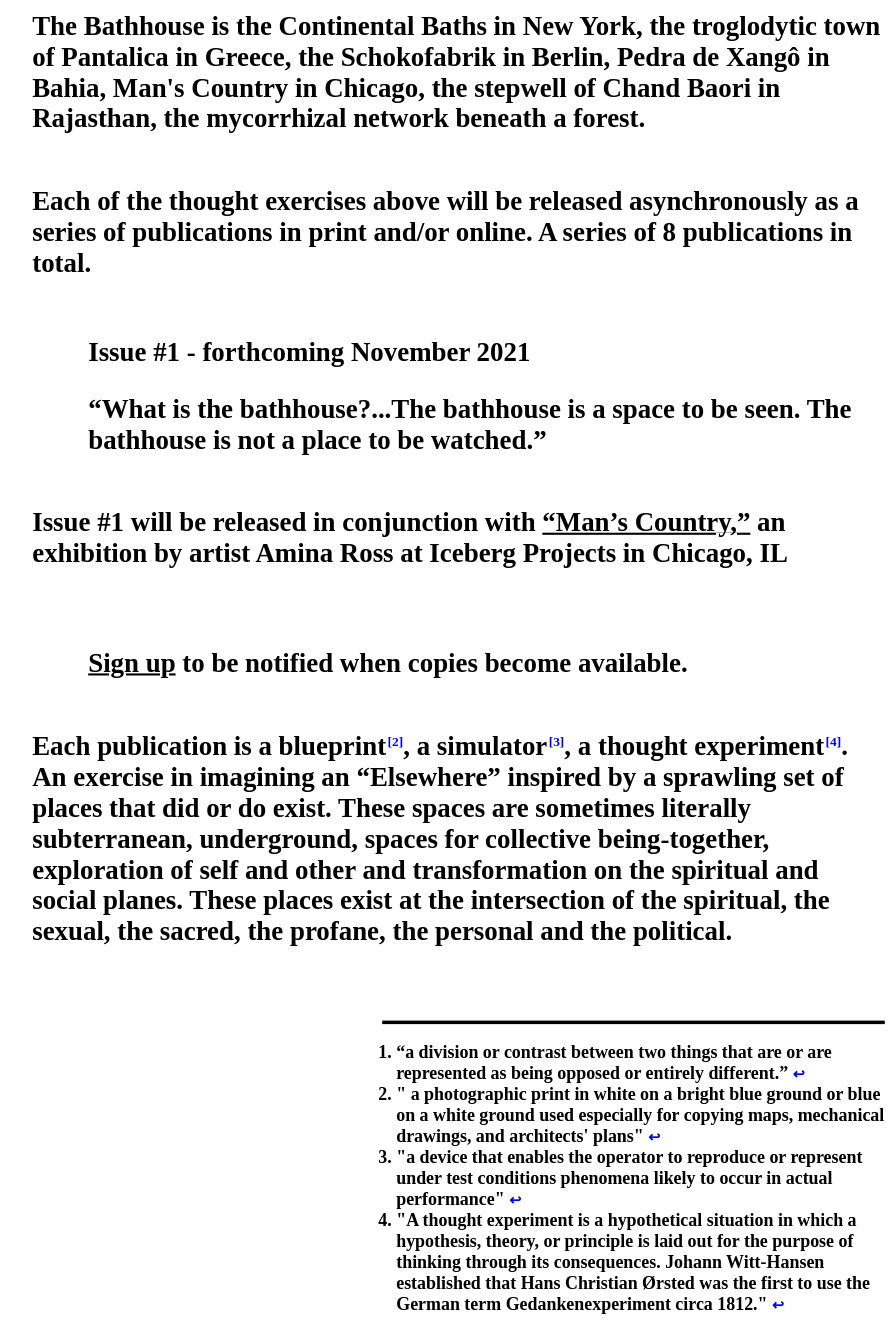
Repository: ayoungblood2/bathhouse.online
Page: index.html
The author's editor kept a copy of each file at every save. The page is drawn from the files as they stood at one save, then again after the next save.
The browser window is 1280 px wide. The pictures show the part of the page from y = 2570 to 4490 px (the page is 4490 px tall before and 4370 px after), at 70% of full size.
An inner scrolling area shows only its first screen. Backgrounds fixed to the window are drawn as part of the page. Some web fonts or font styles are not loaded; a fallback is used.

Above is the page before, as saved 2021-10-16 18:45:16.
Not found: js/layout_main.js
Not found: js/three_main.js
Not found: style.css

### index.html
<!DOCTYPE html>
<html>

<head>
    <meta charset="UTF-8">
    <meta name="viewport" content="width=device-width, initial-scale=1.0, maximum-scale=1.0, user-scalable=no" />
    <title>bathhouse.online</title>
    <link rel="apple-touch-icon" sizes="180x180" href="/apple-touch-icon.png">
    <link rel="icon" type="image/png" sizes="32x32" href="/favicon-32x32.png">
    <link rel="icon" type="image/png" sizes="16x16" href="/favicon-16x16.png">
    <link rel="manifest" href="/site.webmanifest">
    <link rel="stylesheet" href="style.css">
    <script src="http://code.jquery.com/jquery-1.12.0.min.js"></script>
    <link rel='dns-prefetch' href='//ajax.googleapis.com' />
    <meta name="keywords" content="Amina Ross, Avery Youngblood">
    <meta name="author" content="Avery Youngblood">
    <script type="text/javascript" src="./js/layout_main.js"></script>
    <script type="text/javascript" src="./js/three_main.js"></script>

    <style>
        @font-face {
            font-family: Avenir Next Heavy;
            src: url(fonts/AvenirNext.ttc);
        }

        body,
        html {
            height: 100%;
            width: 100%;
            margin: 0;
            padding: 0;
            overflow-x: hidden;
        }

        *,
        *:before,
        *:after {
            box-sizing: inherit;
        }

        .bg {

            background-image: url('images/20211010224425098.gif');


            /* Full height */
            height: 100%;

            /* Center and scale the image nicely */
            background-position: center;
            background-repeat: no-repeat;
            background-size: cover;
            position: relative;
            top: 0;
            left: 0;

            /* padding: 100px; */

            font-family: "Avenir Next Heavy";

        }




        .txt {
            position: absolute;
            top: 10px;
            left: 30px;
            font-family: "Avenir Next Heavy";
        }

        h1 {
            font-size: 10vw;
            text-align: center;
        }

        p {
            font-size: 3vw;
        }

        .parallax {
            /* The image used */
            background-image: url('images/20211010224425098.gif');

            /* Full height */
            height: 100%;

            /* Create the parallax scrolling effect */
            background-attachment: fixed;
            background-position: center;
            background-repeat: no-repeat;
            background-size: cover;
        }

        .container {
            padding: 10px;
            width: 2em;
        }

        .item {
            width: 50%;
            width: fit-content;
            padding: 5px;
            /* margin-bottom: 1em; */
        }


        @media only screen and (max-width:900px) {
            h1 {
                font-size: 8vw;
                font-family: "Avenir Next Heavy";

            }

            .bg {
                /* padding: 0px; */

            }

            .txt{
                top: 0;
                left: 0;
            }

            p {
                font-size: 8vw;
                font-family: "Avenir Next Heavy";

            }
        }

        .top {
            /* padding: 1em; */
            /* display: grid; */
            /* grid-gap: 3em; */
            grid-template-columns: repeat(1, 250px);
        }

        .quote {
            padding: 1em;
            /* border-radius: .3em; */
            /* box-shadow: 10px 10px 30px rgba(0, 0, 0, 0.1); */
        }

        p {
            margin-top: 0;
            /* margin-right: 20px; */
            font-size: 3vw;
        }

        span {
            font-weight: bold;
            position: relative;
            /* margin-left: 20px; */
        }

        :before {
            content: '';
            position: fixed;
            height: 1px;
            width: 20px;
            /* border-bottom: 1px solid black; */
            top: 20px;
        }




        @media(min-width:950px) {
            .top {
                grid-template-columns: repeat(2, 250fr);
                font-family: "Avenir Next Heavy";
            }
        }

        .tab {
            margin-left: 80px;
        }



        footer {
            margin-top: 50px;
            border-top: 5px solid black;
            font-size: 2vw;
            font-family: "Avenir Next Heavy";
            margin-left: 500px;
        }

        footer ol {
            padding-left: 20px;
        }

        /**
 * Initialiazing a `footnotes` counter on the wrapper
 */
        article {
            counter-reset: footnotes;
            font-family: "Avenir Next Heavy";
        }

        /**
 * Inline footnotes references
 * 1. Increment the counter at each new reference
 * 2. Reset link styles to make it appear like regular text
 */
        [aria-describedby="footnote-label"] {
            counter-increment: footnotes;
            /* 1 */
            text-decoration: none;
            /* 2 */
            color: inherit;
            /* 2 */
            cursor: default;
            /* 2 */
            outline: none;
            /* 2 */
        }

        /**
 * Actual numbered references
 * 1. Display the current state of the counter (e.g. `[1]`)
 * 2. Align text as superscript
 * 3. Make the number smaller (since it's superscript)
 * 4. Slightly offset the number from the text
 * 5. Reset link styles on the number to show it's usable
 */
        [aria-describedby="footnote-label"]::after {
            content: '['counter(footnotes)']';
            /* 1 */
            vertical-align: super;
            /* 2 */
            font-size: 0.5em;
            /* 3 */
            margin-left: 2px;
            /* 4 */
            color: blue;
            /* 5 */
            /* text-decoration: underline; */
            /* 5 */
            cursor: pointer;
            /* 5 */
        }

        /**
 * Resetting the default focused styles on the number
 */
        [aria-describedby="footnote-label"]:focus::after {
            outline: thin dotted;
            outline-offset: 2px;
        }

        [aria-label="Back to content"] {
            font-size: 0.8em;
        }

        /**
 * Highlight target note
 */
        footer :target {
            background: yellow;
            padding: 1.5%;
            background-clip: border-box;
        }

        /**
 * Visually hidden yet accessible content
 */
        .visually-hidden {
            position: absolute;
            clip: rect(0 0 0 0);
            visibility: hidden;
            opacity: 0;
        }
    </style>

<body>


    <div class="parallax"></div>

    <div class="bg"></div>

    <div class="txt">

        <h1>bathhouse.online</h1>

        <span style="font-family: Avenir Next Heavy">

            <div class="top">
                <div class="quote">
                    <article>
                        <p style="font-size: 5vw;">

                            The bathhouse is safe. <br>The bathhouse is not secure.<br><br>
                            The bathhouse is a space to be seen. <br>The bathhouse is not a place to be watched.<br><br>
                            The bathhouse is sensual. <br>The bathhouse is not unspiritual.<br><br>
                            The bathhouse is a space for meaningful work. <br>The bathhouse is not a workplace.<br><br>
                            The bathhouse is a technology. <br>The bathhouse is not a machine.<br><br>
                            The bathhouse is immersive. <br>The bathhouse is not without a body.<br><br>
                            The bathhouse is sweating. <br>The bathhouse is not drained.<br><br>
                            The bathhouse is gone. <br>The bathhouse is not over.<br>
                        </p>

                        <br>

                        <p>
                            “The Bathhouse” is a yet-to-exist space, generated through a set of (false) <a
                                href="#footnotes" aria-describedby="footnote-label" id="footnotes-ref">dichotomies</a>
        </span>,
        core questions, reflections and exercises. The characteristics of The Bathhouse are drawn from
        the
        "Queer/Bath/House Research Project" - A research project conceived of by <a style="color: black; "
            href=aminaross.com>Amina
            Ross</a>, carried forward with artist and summer research assistant <a style="color: black; "
            href=https://nguyenbao.myportfolio.com>
            Bao Nguyen</a>. "Queer/Bath/House Research Project" took place during the
        height of the covid-19 pandemic in the summer of 2020.

        </p>
        <br> <br>
        <p>
            The Bathhouse is the Continental Baths in New York, the troglodytic town of Pantalica in Greece,
            the
            Schokofabrik in Berlin, Pedra de Xangô in Bahia, Man's Country in Chicago, the stepwell of Chand
            Baori in Rajasthan, the mycorrhizal network beneath a forest.


        </p>
        <br> <br>
        <p>
            Each of the thought exercises above will be released asynchronously as a series of publications
            in
            print and/or online. A series of 8 publications in total.<br><br>
        <p class="tab">Issue #1 - forthcoming November 2021</p>
        <p class="tab">“What is the bathhouse?...The bathhouse is a space to be seen. The bathhouse is not a
            place to be
            watched.”</p>
        </p>
        <br> <br>
        <p>
            Issue #1 will be released in conjunction with <a style="color: black;"
                href=https://icebergchicago.com>“Man’s
                Country,”</a> an exhibition by artist Amina Ross at Iceberg Projects in Chicago, IL
        </p>
        <br> <br>
        <p>

        <p class="tab"><a style="color: black;" href=https://forms.gle/NMAofWzGxNe4W74i9>Sign up</a> to be notified when
            copies become
            available.</p>

        </p>
        <br> <br>
        <p>
            Each publication is a <a href="#css" aria-describedby="footnote-label" id="css-ref">blueprint</a></span>, a
            <a href="#css-counters" aria-describedby="footnote-label" id="css-counters-ref">simulator</a></span>, a
            thought <a href="#css-counters-2" aria-describedby="footnote-label"
                id="css-counters-ref-2">experiment</a></span>. An exercise in imagining an
            “Elsewhere” inspired by a sprawling set of places that did or do exist. These spaces are
            sometimes
            literally subterranean, underground, spaces for collective being-together, exploration of self
            and
            other and transformation on the spiritual and social planes. These places exist at the
            intersection
            of the spiritual, the sexual, the sacred, the profane, the personal and the political.

        </p>
        <br>

        </article>

        <footer>

            <ol>
                <li id="footnotes"><a style="text-decoration: none; color: black;"
                        href=https://www.lexico.com/en/definition/dichotomy>“a division or contrast between two
                        things that
                        are or are represented as
                        being opposed or entirely different.”</a>

                    <a href="#footnotes-ref" aria-label="Back to content"
                        style="color: blue; text-decoration: none;">↩</a>

                </li>

                <li id="css"><a style="text-decoration: none; color: black;"
                        href=https://www.merriam-webster.com/dictionary/blueprint#:~:text=Blueprint%20%7C%20Definition%20of%20Blueprint%20by%20Merriam%2DWebster>"
                        a photographic print in white on a bright blue ground or blue on a white ground
                        used especially for copying maps, mechanical drawings, and architects' plans"</a>

                    <a href="#css-ref" aria-label="Back to content" style="color: blue; text-decoration: none;">↩</a>

                </li>

                <li id="css-counters"><a style="text-decoration: none; color: black;"
                        href=https://www.merriam-webster.com/dictionary/simulator>"a device that enables the
                        operator to reproduce or represent under test
                        conditions phenomena likely to occur in actual performance"</a>

                    <a href="#css-counters-ref" aria-label="Back to content"
                        style="color: blue; text-decoration: none;">↩</a>

                </li>

                <li id="css-counters-2"><a style="text-decoration: none; color: black;"
                        href=https://en.wikipedia.org/wiki/Thought_experiment>"A thought experiment is a
                        hypothetical situation in which a hypothesis, theory, or principle is laid out for the
                        purpose of thinking through its consequences. Johann Witt-Hansen established that Hans
                        Christian Ørsted was the first to use the German term Gedankenexperiment circa
                        1812."</a>

                    <a href="#css-counters-ref-2" aria-label="Back to content"
                        style="color: blue; text-decoration: none;">↩</a>

                </li>

            </ol>
        </footer>

    </div>

    </div>

    </span>

    </div>

    <div class="parallax"></div>


</body>

<script>
    $(function () {
        var previousScroll = 0;
        $(window).scroll(function (event) {
            var scroll = $(this).scrollTop();
            var heading = $('.parallax');

            if (scroll > 600) {
                console.log('scrolling down');
                heading.fadeIn("slow", function () {
                    heading.css('opacity', '0.4');
                });
            } else {
                heading.fadeIn("slow", function () {
                    heading.css('opacity', '1');
                });
            }
            previousScroll = scroll;
        });
    })
</script>
</head>

</html>

After the next save:
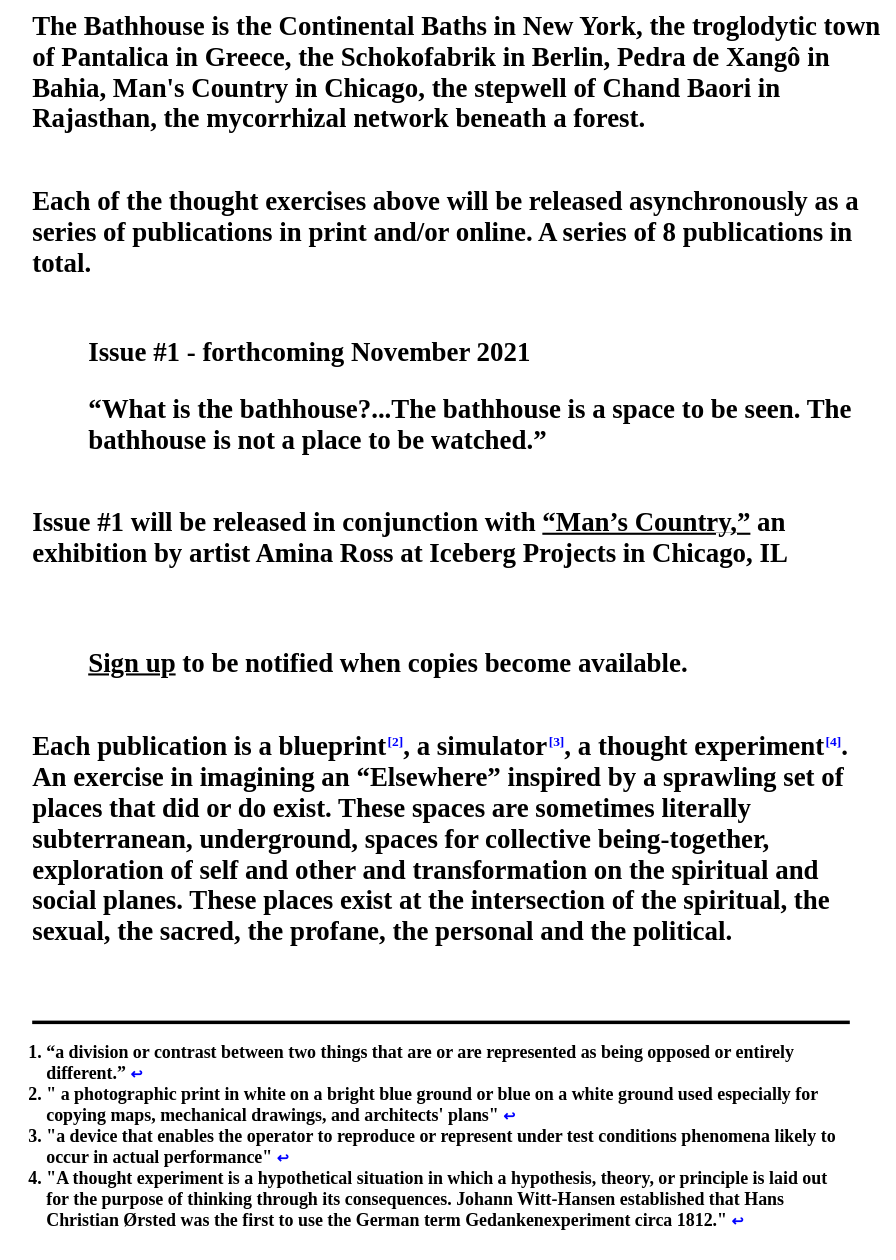
Saved 18 s later.
--- a/index.html
+++ b/index.html
@@ -185,7 +185,7 @@
             border-top: 5px solid black;
             font-size: 2vw;
             font-family: "Avenir Next Heavy";
-            margin-left: 500px;
+            margin-right: 50px;
         }
 
         footer ol {
